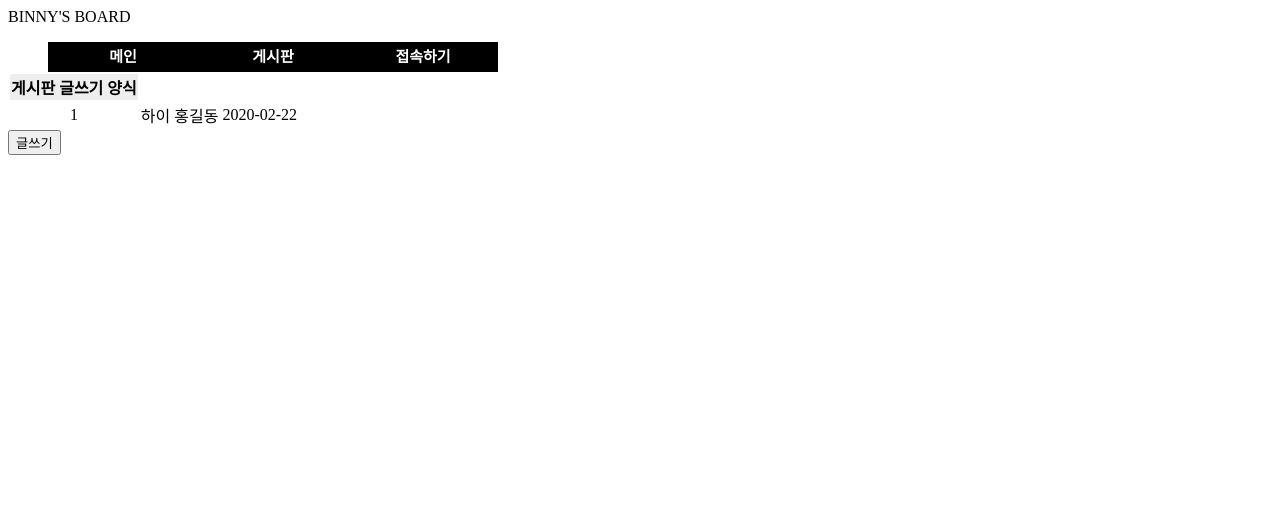
Repository: myunbongs/JSP_study
Page: http://localhost/BBS/view.jsp
These files come from the project's save history. The page is drawn as it stood at one moment and after the next save; the edit follows.
The browser window is 1280 px wide. The pictures show the whole page.
The page is served by Tomcat 9. Other server files are loaded and not shown.

Above is the page before, as saved 2021-02-22 04:43:22.

### JSP/projects/BBS/WebContent/view.jsp
<%@ page language="java" contentType="text/html; charset=UTF-8"
    pageEncoding="UTF-8"%>
<%@ page import="java.io.PrintWriter" %>

<!DOCTYPE html>
<html>
<head>
<meta charset="UTF-8">
<title>BINNY'S BOARD</title>
<style>
	#navbar {
		height: 30px;
		width: 850px;
	}
	#navbar ul li {
		list-style: none;
		color: white;
		background-color: black;
		float: left;
		line-height: 30px;
		vertical-align: middle; /* 잘 모르겠구만 */
		text-align: center;
	}
	#navbar .link {
		text-decoration: none;
		color: white;
		display: block;
		width: 150px;
		font-size: 15px;
		font-weight: bold;
	}

	#navbar .link:hover {
		color: black;
		background-color: white;
	}

	#navbar .dropdown {
		position: absolute;
		display: none;
	}

	#navbar li:hover ul  {
		display: block;
	}

	#navbar ul li li {
		float: none;
		width: 150px;
	}

</style>
</head>
<body>
	<%
	String userID = null;
	if (session.getAttribute("userID") != null ) {
		userID = (String) session.getAttribute("userID");
	}
	%>
BINNY'S BOARD
	<nav id="navbar">
		<ul>
			<li><a class="link" href="main.jsp">메인</a></li>
			<li class="active"><a class="link" href="bbs.jsp">게시판</a></li>
		</ul>
		<%
			if ( userID == null ) {		//login이 되어있지 않은 사람만 접속하기가 뜨도록
		%>

		<ul>
			<li>
			<a class="link" href="#">접속하기</a>
          		<ul class="dropdown">
            		<li><a class="link" href="login.jsp">로그인</a></li>
            		<li><a class="link" href="join.jsp">회원가입</a></li>
          		</ul>
          	</li>
		</ul>

		<%
			} else {	//login이 된 사람이 볼 수 있는
		%>
			<ul>
			<li>
			<a class="link" href="#">회원관리</a>
          		<ul class="dropdown">
            		<li><a class="link" href="logoutAction.jsp">로그아웃</a></li>
          		</ul>
          	</li>
		</ul>
		<%
			}
		%>
	</nav>

	<div class=container>
		<div class="row">
			<table style="text-align: center; border: 1px slid #dddddd">
				<thead>
					<tr>
						<th style="background-color: #eeeeee; text-align: center;">게시판 글쓰기 양식</th>
					</tr>
				</thead>
				<tbody>
					<tr>
						<td>1</td>
						<td>하이</td>
						<td>홍길동</td>
						<td>2020-02-22</td>
					</tr>
				</tbody>
			</table>
			<button type="button" onclick="location.href='write.jsp' ">글쓰기</button>
		</div>
	</div>

</body>
</html>

After the next save:
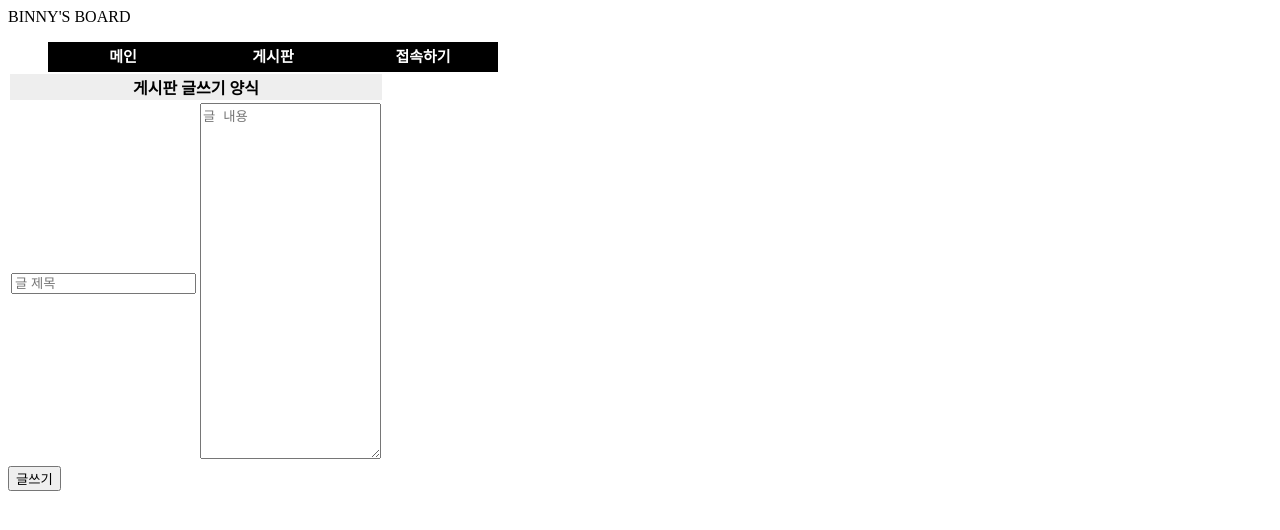
Saved 9 min 52 s later.
--- a/JSP/projects/BBS/WebContent/view.jsp
+++ b/JSP/projects/BBS/WebContent/view.jsp
@@ -96,22 +96,22 @@ BINNY'S BOARD
 
 	<div class=container>
 		<div class="row">
-			<table style="text-align: center; border: 1px slid #dddddd">
-				<thead>
-					<tr>
-						<th style="background-color: #eeeeee; text-align: center;">게시판 글쓰기 양식</th>
-					</tr>
-				</thead>
-				<tbody>
-					<tr>
-						<td>1</td>
-						<td>하이</td>
-						<td>홍길동</td>
-						<td>2020-02-22</td>
-					</tr>
-				</tbody>
-			</table>
-			<button type="button" onclick="location.href='write.jsp' ">글쓰기</button>
+			<form method="post" action="writeAction.jsp">
+				<table style="text-align: center; border: 1px slid #dddddd">
+					<thead>
+						<tr>
+							<th colspan="2" style="background-color: #eeeeee; text-align: center;">게시판 글쓰기 양식</th>
+						</tr>
+					</thead>
+					<tbody>
+						<tr>
+							<td><input type="text" placeholder="글 제목" name="bbsTitle" maxlength="50"></td>
+							<td><textarea placeholder="글 내용" name="bbsContent" maxlength="2048" style="height: 350px;"></textarea></td>
+						</tr>
+					</tbody>
+				</table>
+				<input type="submit" value="글쓰기">
+			</form>
 		</div>
 	</div>
 
